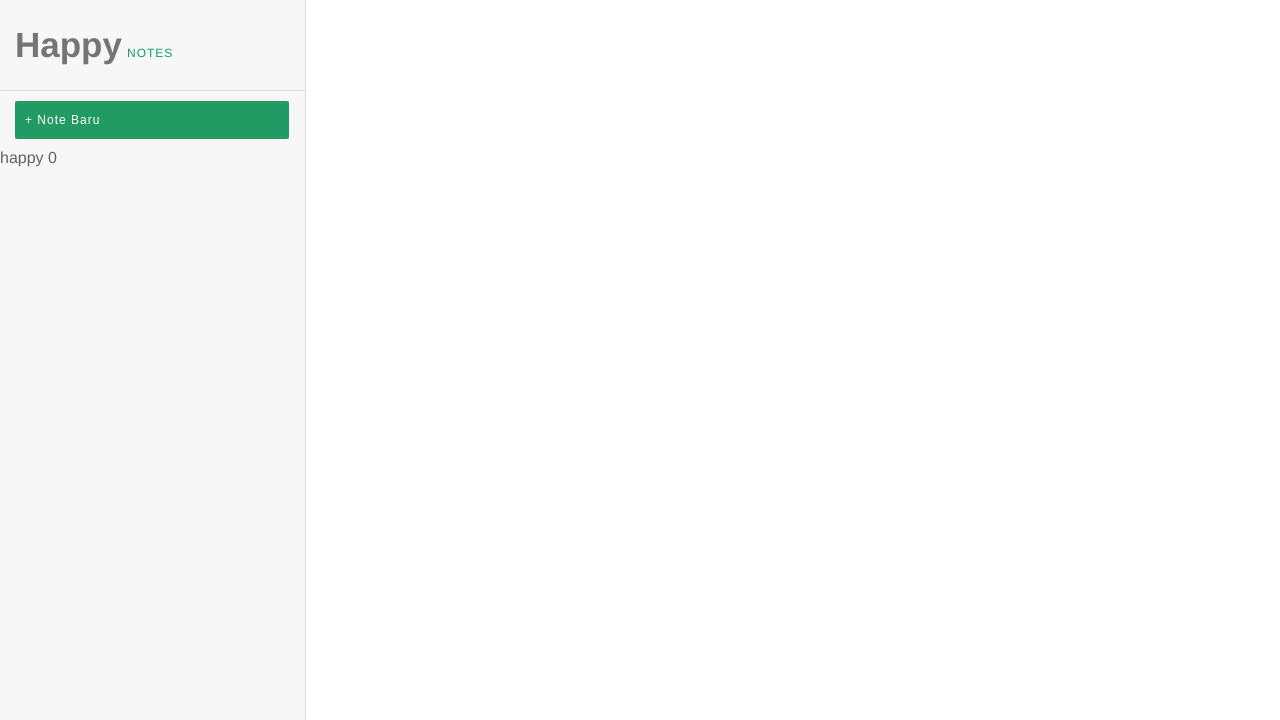
Repository: AdiPrimanto/notes-vue
Page: / (app in resources/)
The author's editor kept a copy of each file at every save. The page is drawn from the files as they stood at one save, then again after the next save.
The browser window is 1280 px wide. The pictures show the whole page.
The project was rebuilt for these pictures with package versions that can differ from the ones it lists, and the page was loaded fresh each time. Also part of the build but not shown: resources/vue.config.js.

Above is the page before, as saved 2020-02-22 17:16:41.

### resources/src/App.vue
<template>
  <div id="app">
    <!-- kiri -->
    <div class="kiri">
      <div class="logo">
        <a rel="stylesheet" href="https://google.com">
          <h2>Happy</h2>
          <span>Notes</span>
        </a>
      </div>
      <div class="frame-notes">
        <button @click="newNotes" class="bg-success btn btn-new-note">
          + Note Baru
        </button>

        <ListNotes/>
      </div>
    </div>
    <!-- kanan -->
    <div class="kanan">
    </div>
  </div>
</template>

<script>
import ListNotes from './components/listNotes.vue'

export default {
  name: 'App',
  components: {
    ListNotes
  }
}
</script>

<style>
body{
     margin:0px;
     overflow:hidden;
}
#app {
     font-family: 'Avenir', Helvetica, Arial, sans-serif;
     color: #2c3e50;
     padding:0px;

     display:flex;
     width:100%;
}

.kiri{
     width: 400px;
     background: #f7f7f7;
     color: #616161;
}
.logo{
     padding: 25px 15px;
     border-bottom: 1px solid gainsboro;
}
.logo a{
     text-decoration:none;
}
.logo a h2{
     margin: 0px;
     display: inline;
     margin-right: 5px;
     font-size: 35px;
     text-transform: capitalize;
     color: #757575;
}
.logo a span{
     font-size: 12px;
     letter-spacing: 1px;
     text-transform: uppercase;
     color:#139e5f;
}
.frame-notes{
     overflow-y: scroll;
     overflow-x: hidden;
     height: 85vh;
}
.bg-success{
     background: #219a63;
     color: white;
     outline:none;
}
.bg-success:hover{
     background:#24b774;
     color: white;
}
.bg-danger{
     background:#b50000;
     color: white;
}
.bg-danger:hover{
     background:#c50000;
}
.btn{
     border: none;
     font-size: 12px;
     text-align: center;
     letter-spacing: 1px;
     cursor: pointer;
     border-radius: 2px;
     padding: 7px 25px;
     outline:none;
}
.btn-new-note{
     width: 90%;
     padding: 12px 10px;
     margin: 10px 15px;
     text-align: left !important;
}

.kanan{
     width: 100%;
     overflow-y: scroll;
     height: 100vh;
     border-left: 1px solid gainsboro;
}

/* width */
::-webkit-scrollbar {
  width: 5px;
}

/* Track */
::-webkit-scrollbar-track {
  background: #f7f7f7;
}

/* Handle */
::-webkit-scrollbar-thumb {
  background: #888;
}

/* Handle on hover */
::-webkit-scrollbar-thumb:hover {
  background: #555;
}
</style>

### resources/src/components/listNotes.vue
<template>
    <div class="listNotes">
        <ul>
            <li v-for="(row, index) in notes" :key="index">
                {{ row.title }} {{ index }}
            </li>
        </ul>
    </div>
</template>

<script>

export default {
    name: 'listNotes',
    data: function () {
        return {
            notes : [
                { title : 'happy' ,
                  description : 'Ini isi notes' }
            ]
        }
    }
}
</script>

<style lang="">
ul {
     list-style-type: none;
     padding: 0;
     margin:0px;
}
.btn-note {
     text-align: left;
     border: none;
     border-bottom: 1px solid gainsboro;
     padding: 0px 15px;
     cursor: pointer;
     outline: none;
     background: #f7f7f7;
     height: 150px;
     width: 100%;
}
.btn-note:hover {
     background:#eaeaea;
}
.btn-note label{
     display:block;
     color: #444444;
     font-size: 1.5em;
     margin-bottom: 15px;
}
.btn-note span{
    color: #545454;
}
</style>

Loaded but not shown: resources/public/index.html (common file); resources/src/main.js (common file)

After the next save:
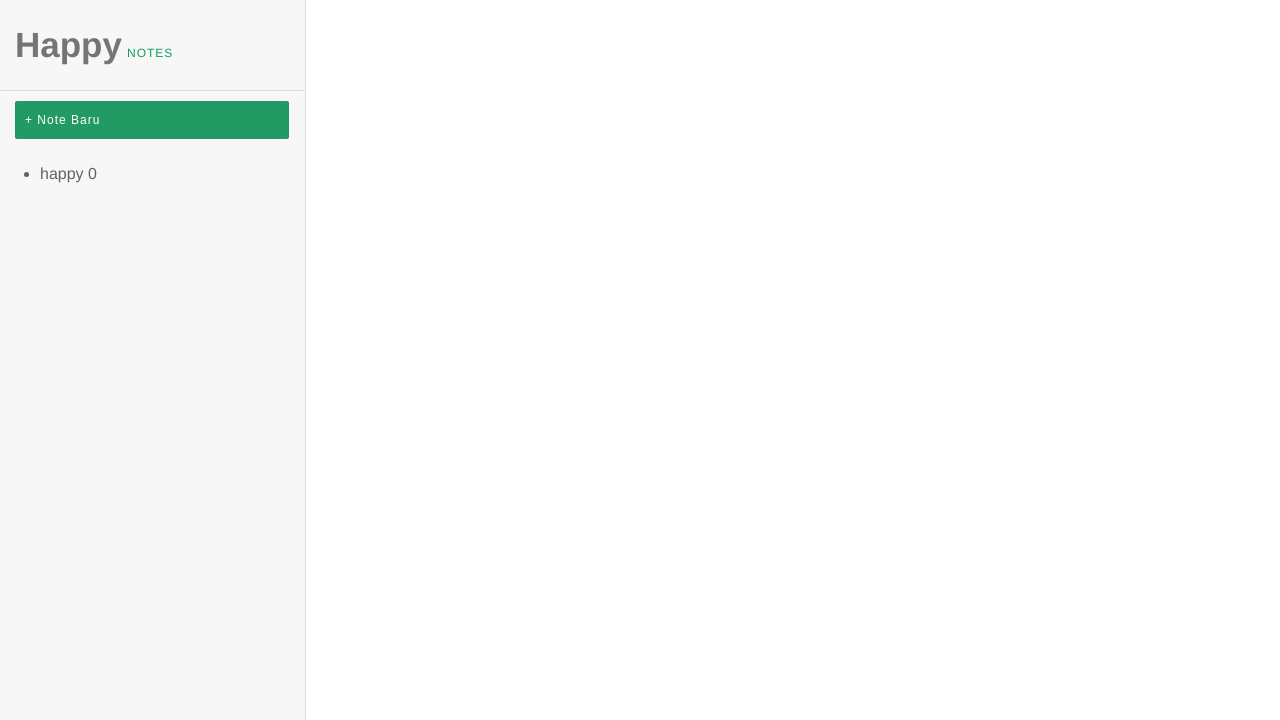
Saved 98 s later.
--- a/resources/src/components/listNotes.vue
+++ b/resources/src/components/listNotes.vue
@@ -24,11 +24,11 @@ export default {
 </script>
 
 <style lang="">
-ul {
+/* ul {
      list-style-type: none;
      padding: 0;
      margin:0px;
-}
+} */
 .btn-note {
      text-align: left;
      border: none;
